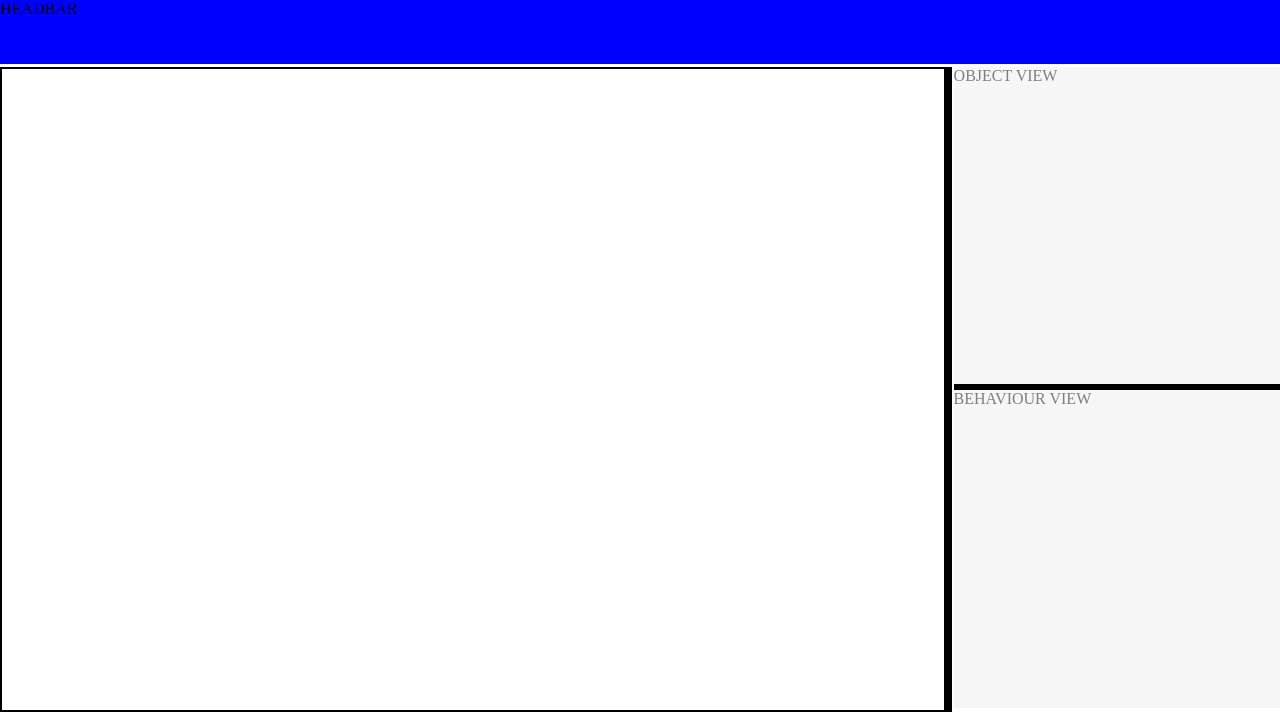
Repository: n-donnelly/onlinegameproto
Page: GameProto/WebContent/Content/main.html
The author's editor kept a record of every edit. The page is drawn from the files as they stood at one moment, then again after the next edit.
The browser window is 1280 px wide. The pictures show the whole page.
Some web libraries are served in a nearby version.

Above is the page before.

### GameProto/WebContent/Content/main.html
<!DOCTYPE html>
<html lang="en-us">

<head>
<meta charset="utf-8">
<link rel="stylesheet" type="text/css" href="/GameProto/WebContent/CSS/main.css">
<title>Online Game Prototyping Tool</title>
</head>

<body>

<div id="header">HEADBAR</div>


<div id="content">
    <div id="gameView"><canvas id="canvas"></canvas></div>

    <div class="resize_bar vert_resizer"></div>

    <div id="rightBar">
        <div id="objectView">OBJECT VIEW</div>
        <div class="resize_bar hor_resizer"></div>
        <div id="behaviourView">BEHAVIOUR VIEW</div>
    </div>
</div>
<script src="https://code.jquery.com/jquery-1.4.2.min.js" type="text/javascript"></script>
<script src="https://ajax.googleapis.com/ajax/libs/jquery/1.4.1/jquery.min.js" type="text/javascript"></script>
<script type="text/javascript" src="https://ajax.googleapis.com/ajax/libs/jqueryui/1.8.1/jquery-ui.js"></script>
<!--<script src="jquery-ui-1.8.1.custom.min.js" type="text/javascript"></script>-->
<script src="/GameProto/WebContent/scripts/Utility.js" type="text/javascript"></script>
<script src="/GameProto/WebContent/scripts/GameObject.js" type="text/javascript"></script>
<script src="/GameProto/WebContent/scripts/run_game.js" type="text/javascript"></script>
<script src="/GameProto/WebContent/scripts/main.js"></script>

</body>
</html>

### GameProto/WebContent/CSS/main.css
#header {
    height: 64px;
    background: #0000ff;
    margin-bottom: 0.2em;
}

#gameView {
    float: left;
    width: 73.6%;
    height: 100%;
    position: relative;
    border: 2px solid black;
}

#rightBar {
    width: 25.5%;
    height:100%;
    float:right;
}

#objectView {
    height: 49.5%;
    background: #eee;
    opacity: 0.5;
}

#behaviourView {
    height: 49.5%;
    background: #eee;
    opacity: 0.5;
}

#content {
    height:89%;
    width: 100%;
    position: absolute;
}

.resize_bar {
    background: #000;
}

.hor_resizer {
    height: 6px;
    width: 100%;
}

.vert_resizer {
    width: 0.5%;
    height:100%;
    float: left;
    cursor: col-resize;
    border-bottom: 2px solid black;
    border-top: 2px solid black;
}

body {
    margin: 0px;
}

### GameProto/WebContent/scripts/Utility.js
var winWidth = 1920;
var winHeight = 1080;
var canvasWidth = canvas.width;
var canvasHeight = canvas.height;

function getRealX(w) {
    return (w/winWidth)*canvasWidth;
}

function getRealY(h) {
    return (h/winHeight)*canvasHeight;
}

### GameProto/WebContent/scripts/GameObject.js
function GameObject(type) {
    this.id = "";
    this.name;
    this.position = [];
    this.size = [];
    this.color = "#000";
    this.type = type;
    this.behaviours = [];

    this.draw = function(con){
        switch(type){
            case "fill_rect":
                con.fillStyle = this.color;
                con.fillRect(this.position['x'],
                    this.position['y'],
                    this.size['width'],
                    this.size['height']);
                break;
            case "image":
                break;
            default:
                break;
        }
    }

    this.update = function() {
        for(var b in this.behaviours){
            b();
        }
    }

    this.getID = function() {
        return this.id;
    }

    this.getName = function() {
        return this.name;
    }

    this.getType = function() {
        return this.type;
    }

    this.createRect = function(id, name, x, y, w, h, color){
        this.id = id;
        this.name = name;
        this.position['x'] = x;
        this.position['y'] = y;
        this.size['width'] = w;
        this.size['height'] = h;
        this.color = color;
    }

    this.setPosition = function(x, y){
        this.position['x'] = x;
        this.position['y'] = y;
    }

    this.setSize = function(w, h){
        this.size['width'] = w;
        this.size['height'] = h;
    }

    this.getPosition = function() {
        return this.position;
    }

    this.getSize = function() {
        return this.size;
    }

    this.setColour = function(col) {
        this.colour = col;
    }

    this.getColour = function() {
        return this.colour;
    }
};

function Circle(id, name, radius, x, y, color) {
    this.gObj = new GameObject("Circle");
    this.gObj.name = name;
    this.gObj.id = id;
    this.radius = radius;
    this.gObj.position['x'] = x;
    this.gObj.position['y'] = y;
    this.gObj.color = color;

    this.draw = function(con){
        con.strokeStyle = color;
        con.fillStyle = color;
        con.beginPath();
        con.arc(this.gObj.position['x'], this.gObj.position['y'], this.radius, 0, 2*Math.PI, true);
        con.fill();
        con.stroke();
    }

    this.update = function() {
        this.gObj.update();
    }

    this.getName = function() {
        return this.gObj.getName();
    }

    this.getID = function() {
        return this.gObj.getID();
    }

    this.getRadius = function() {
        return this.radius;
    }

    this.setRadius = function(rad) {
        this.radius = rad;
    }

    this.getPosition = function() {
        return this.gObj.position;
    }

    this.setPosition = function(x, y) {
        this.gObj.setPosition(x,y);
    }

    this.setColour = function(col) {
        this.gObj.setColour(col);
    }

    this.getColour = function(){
        return this.gObj.getColour();
    }
}

function Behaviour() {
    this.type = "auto";
    this.name = "";
    this.relatedObjects = [];
    this.run = function(){

    }
};

### GameProto/WebContent/scripts/run_game.js
var gameObjects = [];

function gameInit(canvas) {
    var gameObject1 = new GameObject("fill_rect");
    var gameObject2 = new GameObject("fill_rect");
    gameObject1.createRect("rect1", "rect", 100, 100, 200, 100, "#f00");
    gameObject2.createRect("rect2", "rect", 220, 120, 200, 100, "#0f0");
    gameObjects.push(gameObject1);
    gameObjects.push(gameObject2);

    var circle1 = new Circle("circle1", "circle1", 100, 400, 300, "#00f");
    gameObjects.push(circle1);

    context.scale(winWidth/canvasWidth, winHeight/canvasHeight);

    update();
    draw(context);
};

function update() {
    if(gameObjects.length > 0) {
        gameObjects.forEach(function(e){
            e.update();
        });
    }
        //setTimeout(update, 1000/60);
};

function draw(context) {
    context.clearRect(0,0,canvas.width, canvas.height);
    if(gameObjects.length > 0) {
        gameObjects.forEach(function(e) {
            e.draw(context);
        });
    }
    //setTimeout(draw(context), 1000/60);
};

function addObject(obj) {
    gameObjects.push(obj);
};

function removeObject(id) {
    gameObjects[id] = null;
};

function updateObject(id,obj) {
    gameObjects[id] = obj;
};

### GameProto/WebContent/scripts/main.js
var canvas = document.querySelector('canvas');
fitToContainer(canvas);
var context = canvas.getContext("2d");

$("#hor_resizer").draggable({
    axis: "y",
    drag: function() {

    }
});

$("#vert_resizer").draggable({
    axis: "x",
    drag: function() {
        $("#gameView").html("Dragged");
    }
});

fillCanvasTest();
gameInit(canvas);

function fitToContainer(canvas){
  // Make it visually fill the positioned parent
  canvas.style.width ='100%';
  canvas.style.height='100%';
  // ...then set the internal size to match
  canvas.width  = canvas.offsetWidth;
  canvas.height = canvas.offsetHeight;
}

function  fillCanvasTest() {
    context.fillRect(10, 10, 10,10);
}

After the next edit:
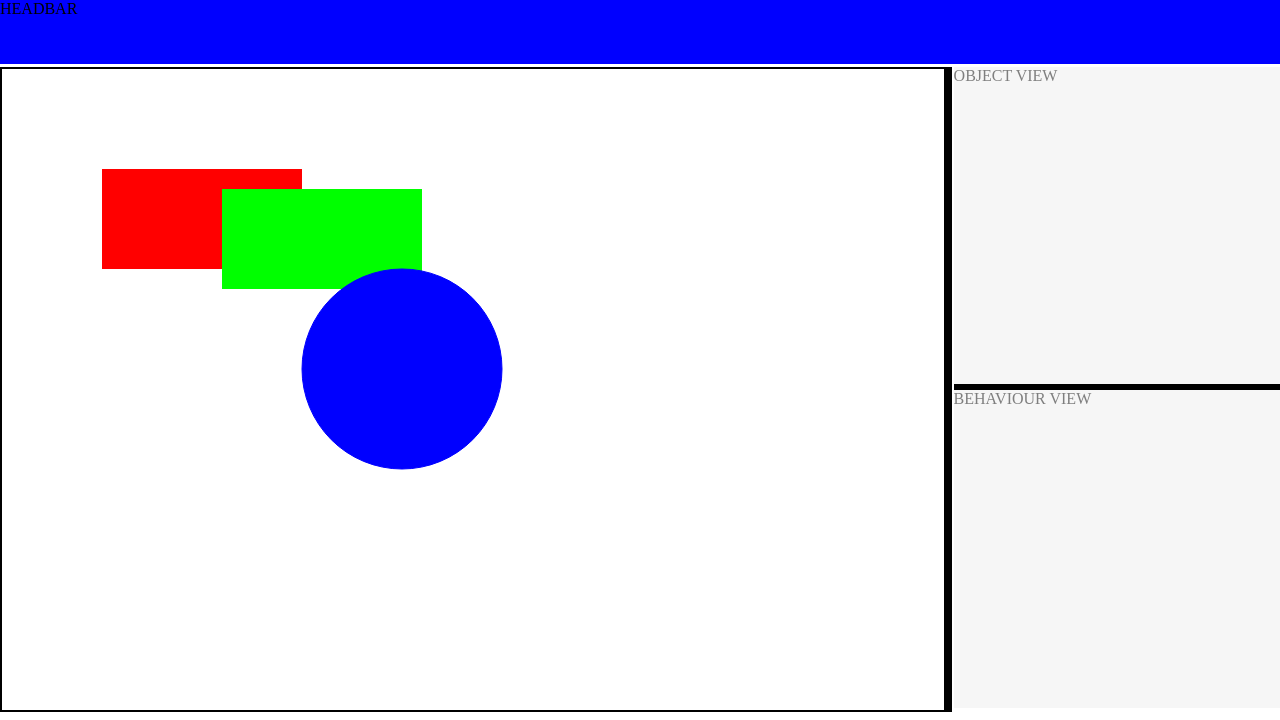
The edit:
--- a/GameProto/WebContent/scripts/Utility.js
+++ b/GameProto/WebContent/scripts/Utility.js
@@ -1,7 +1,7 @@
-var winWidth = 1920;
-var winHeight = 1080;
-var canvasWidth = canvas.width;
-var canvasHeight = canvas.height;
+var winWidth = 800;
+var winHeight = 600;
+var canvasWidth = $("#canvas").width;
+var canvasHeight = $("#canvas").height;
 
 function getRealX(w) {
     return (w/winWidth)*canvasWidth;
